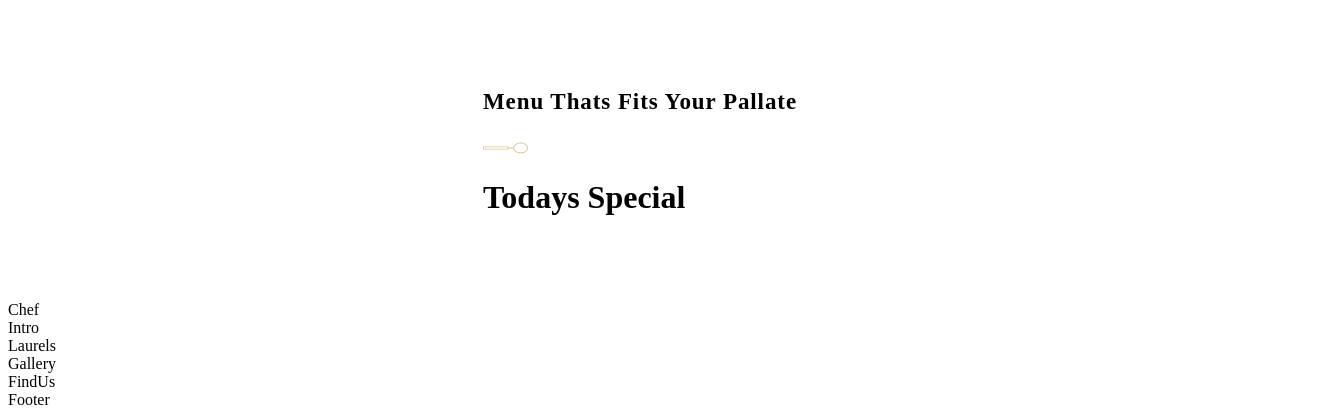
Repository: remydev47/restaurant
Page: /
An editor plug-in stored every save of this project. The page is shown before and after the next save, followed by the edit.
The browser window is 1280 px wide. The page is 1336 px wide, so the pictures cover 1336 px, including what lies to the right of the window. The pictures show the part of the page from y = 2388 to 2868 px (the page is 2805 px tall before and 2868 px after).
Backgrounds fixed to the window are drawn as part of the page. The project was rebuilt for these pictures with package versions that can differ from the ones it lists, and the page was loaded fresh each time. Also part of the build but not shown: src/container/Chef/Chef.css, src/components/Footer/Newsletter.jsx, src/components/Footer/FooterOverlay.jsx, src/components/Menuitem/MenuItem.css, src/components/Menuitem/MenuItem.jsx, src/container/Menu/SpecialMenu.css. Imported but missing from the stored project, and not drawn on this page: src/assets/meal.mp4.

Above is the page before, as saved 2022-03-15 15:02:09.

After the next save:
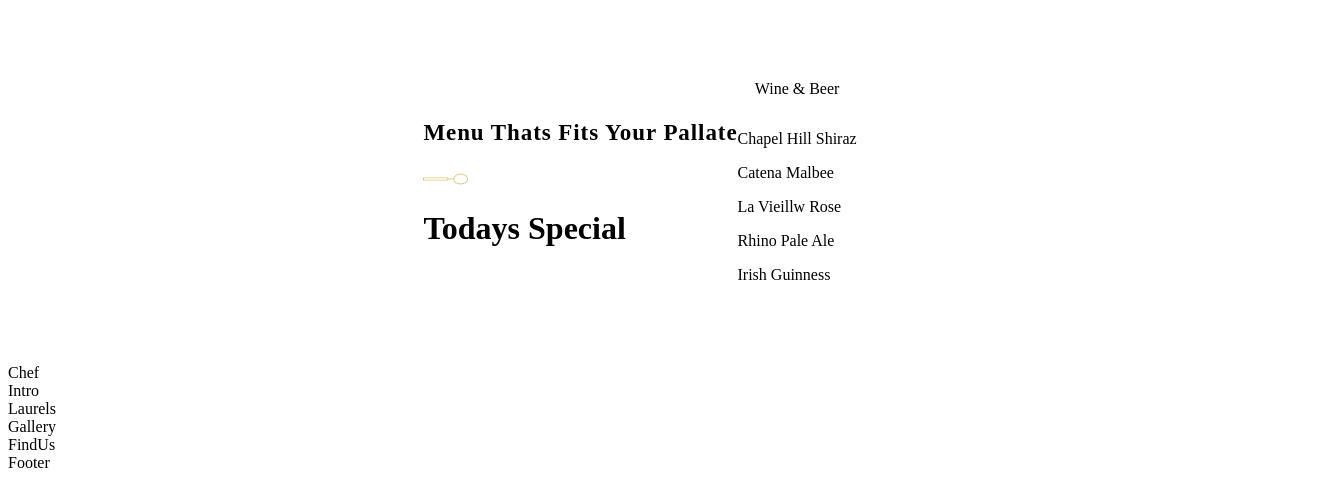
Saved 6 min 17 s later.
--- a/src/container/Menu/SpecialMenu.jsx
+++ b/src/container/Menu/SpecialMenu.jsx
@@ -10,6 +10,17 @@ const SpecialMenu = () => (
       <SubHeading title="Menu Thats Fits Your Pallate" />
       <h1 className='heatext__comorant'>Todays Special</h1>
     </div>
+
+    <div className='app__specialMenu-menu'>
+      <div className='app__specialMenu-menu_wine flex__center'>
+        <p className='app__specialMenu_menu_heading'>Wine & Beer</p>
+      </div>
+      <div className='app__specialMenu_menu_item'>
+        {data.wines.map((wine, index) => (
+          <p>{wine.title}</p>
+        ))}
+      </div>
+    </div>
   </div>
 );
 
